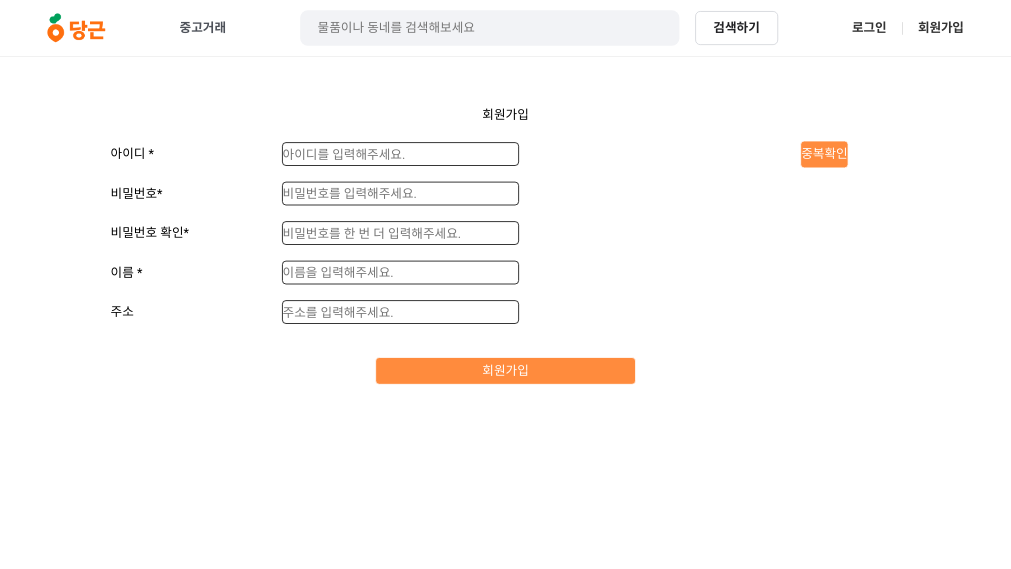
Repository: Hyunsu4522/testGit
Page: http://localhost/semiProject/
The author's editor kept a copy of each file at every save. The page is drawn from the files as they stood at one save, then again after the next save.
The browser window is 1280 px wide. The pictures show the whole page, at 79% of full size.
Some web fonts or font styles are not loaded; a fallback is used. The page is served by Tomcat 9.

Above is the page before, as saved 2023-10-23 08:31:43.

After the next save:
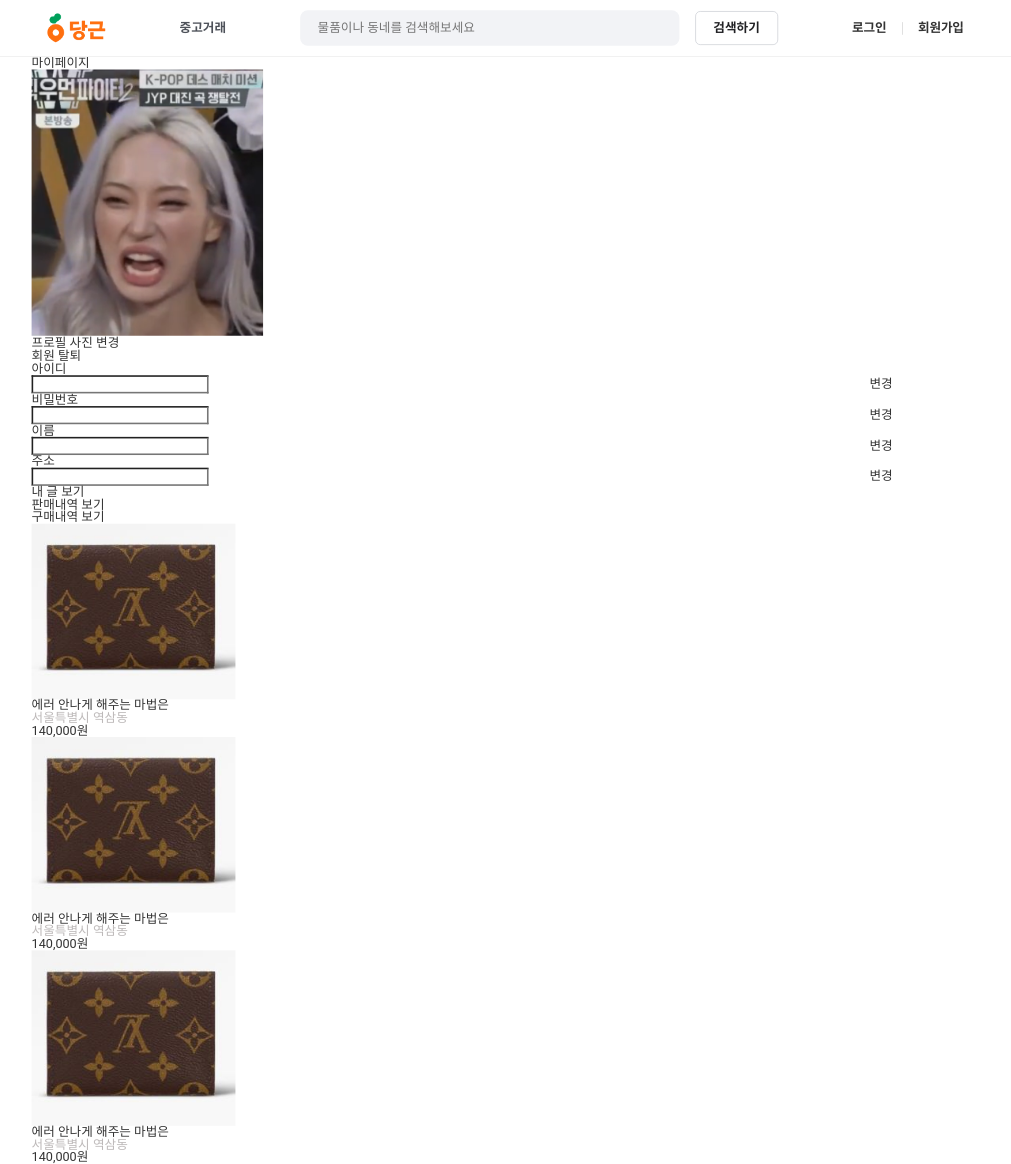
Saved 37 s later.
--- a/semiProject_test/semiProject/src/main/webapp/index.jsp
+++ b/semiProject_test/semiProject/src/main/webapp/index.jsp
@@ -10,8 +10,8 @@
 	<%--<%@ include file="views/common/header.jsp" %>--%>
 	<%--<%@ include file="views/board/boardEnrollForm.jsp" %>--%>
  	<%--<%@ include file="views/board/detailPage.jsp" %>--%>
-	<%@ include file="views/member/memberenrollForm.jsp" %>
-	<%--<%@ include file="views/member/myPage.jsp" %>--%>
+	<%--<%@ include file="views/member/memberenrollForm.jsp" %>--%>
+	<%@ include file="views/member/myPage.jsp" %>
 	<%--<%@ include file="views/member/memberLogin.jsp" %>--%>
 </body>
 </html>
